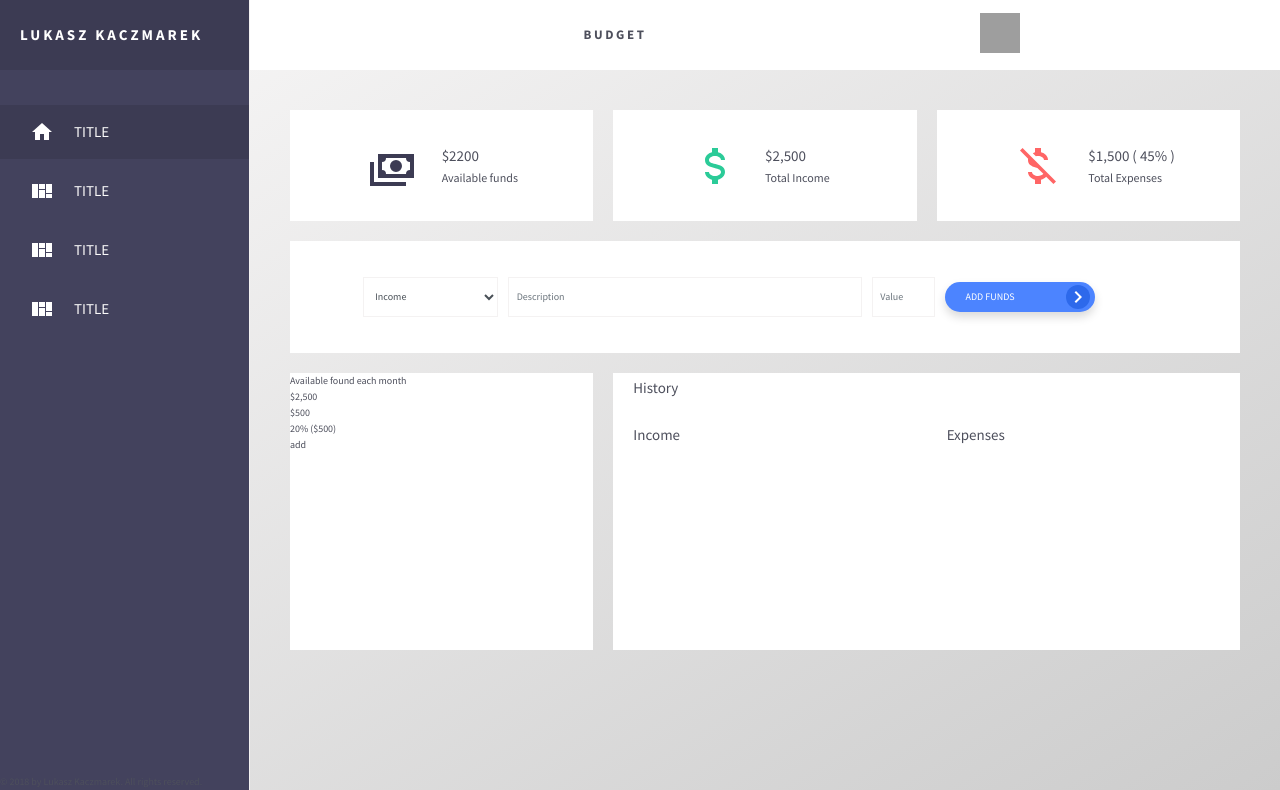
Repository: Archezi/BudgetApplication
Page: index.html
An editor plug-in stored every save of this project. The page is shown before and after the next save, followed by the edit.
The browser window is 1280 px wide. The pictures show the whole page.
Pictures or frames that could not be fetched are drawn as grey boxes. The style sheet was rebuilt from its Sass, Less or Tailwind sources for each picture, by a compiler version that may differ from the author's.

Above is the page before, as saved 2018-08-31 10:12:27.

### index.html
<!DOCTYPE html>
<html lang="en">
<head>
    <meta charset="UTF-8">
    <meta name="viewport" content="width=device-width, initial-scale=1.0">
    <meta http-equiv="X-UA-Compatible" content="ie=edge">
    <link href="https://fonts.googleapis.com/css?family=Source+Sans+Pro:300,400,700" rel="stylesheet">
    <!--Import Google Icon Font-->
    <link href="https://fonts.googleapis.com/icon?family=Material+Icons" rel="stylesheet">
    <!--Import materialize.css-->
    <link type="text/css" rel="stylesheet" href="css/bootstrap.min.css"  media="screen,projection"/>
    <!-- Website style.css-->
    <link rel="stylesheet" href="css/style.comp.css">

    <title>Budget Application</title>

</head>
<body>
   <div class="web__container">
        <header class="header">
            <div class="logo">
                <h1>Lukasz Kaczmarek</h1>
            </div>
            <div class="page_title">
                <h2>Budget</h2>
            </div>
            <div class="user-nav">
                <div class="user-nav__icon"></div>
                <div class="user-nav__profile">
                    <img src="https://source.unsplash.com/random/40x40" alt="">
                </div>
            </div>
        </header>

        <div class="content">
            <nav class="sidebar">
                <ul class="side-nav">
                    <li class="side-nav__item side-nav__item--active">
                        <a href="#" class="side-nav__link">
                                <svg class="side-nav__icon" style="width:24px;height:24px" viewBox="0 0 24 24">
                                    <path fill="#fff" d="M10,20V14H14V20H19V12H22L12,3L2,12H5V20H10Z" />
                                </svg>
                            <span>Title</span>
                        </a>
                    </li>
                    <li class="side-nav__item ">
                        <a href="#" class="side-nav__link">
                            <svg class="side-nav__icon" style="width:24px;height:24px" viewBox="0 0 24 24">
                                <path fill="#000000" d="M2,5V19H8V5H2M9,5V10H15V5H9M16,5V14H22V5H16M9,11V19H15V11H9M16,15V19H22V15H16Z" />
                            </svg>
                            <span>Title</span>
                        </a>
                    </li>
                    <li class="side-nav__item ">
                        <a href="#" class="side-nav__link">
                            <svg class="side-nav__icon" style="width:24px;height:24px" viewBox="0 0 24 24">
                                <path fill="#000000" d="M2,5V19H8V5H2M9,5V10H15V5H9M16,5V14H22V5H16M9,11V19H15V11H9M16,15V19H22V15H16Z" />
                            </svg>
                            <span>Title</span>
                        </a>
                    </li>
                    <li class="side-nav__item ">
                        <a href="#" class="side-nav__link">
                            <svg class="side-nav__icon" style="width:24px;height:24px" viewBox="0 0 24 24">
                                <path fill="#000000" d="M2,5V19H8V5H2M9,5V10H15V5H9M16,5V14H22V5H16M9,11V19H15V11H9M16,15V19H22V15H16Z" />
                            </svg>
                            <span>Title</span>
                        </a>
                    </li>
                </ul>

                <div class="legal">
                    &copy; 2018 by Lukasz Kaczmarek. All rights reserved.
                </div>
            </nav>

            <div class="main">

                <div class="overview">
                    <div class="total__available-funds">
                        <svg style="width:48px;height:48px" viewBox="0 0 24 24">
                            <path fill="#000000" d="M5,6H23V18H5V6M14,9A3,3 0 0,1 17,12A3,3 0 0,1 14,15A3,3 0 0,1 11,12A3,3 0 0,1 14,9M9,8A2,2 0 0,1 7,10V14A2,2 0 0,1 9,16H19A2,2 0 0,1 21,14V10A2,2 0 0,1 19,8H9M1,10H3V20H19V22H1V10Z" />
                        </svg>
                        <div class="total-funds">$2200</div>
                        <div class="total-funds-description">Available funds</div>
                    </div>
                    <div class="total__income">
                        <svg style="width:48px;height:48px" viewBox="0 0 24 24">
                            <path fill="#000000" d="M7,15H9C9,16.08 10.37,17 12,17C13.63,17 15,16.08 15,15C15,13.9 13.96,13.5 11.76,12.97C9.64,12.44 7,11.78 7,9C7,7.21 8.47,5.69 10.5,5.18V3H13.5V5.18C15.53,5.69 17,7.21 17,9H15C15,7.92 13.63,7 12,7C10.37,7 9,7.92 9,9C9,10.1 10.04,10.5 12.24,11.03C14.36,11.56 17,12.22 17,15C17,16.79 15.53,18.31 13.5,18.82V21H10.5V18.82C8.47,18.31 7,16.79 7,15Z" />
                        </svg>
                        <div class="total__income-funds">$2,500</div>
                        <div class="total__income-description">Total Income</div>

                    </div>
                    <div class="total__expenses">
                        <svg style="width:48px;height:48px" viewBox="0 0 24 24">
                            <path fill="#000000" d="M3,4.27L4.28,3L21,19.72L19.73,21L16.06,17.33C15.44,18 14.54,18.55 13.5,18.82V21H10.5V18.82C8.47,18.31 7,16.79 7,15H9C9,16.08 10.37,17 12,17C13.13,17 14.14,16.56 14.65,15.92L11.68,12.95C9.58,12.42 7,11.75 7,9C7,8.77 7,8.55 7.07,8.34L3,4.27M10.5,5.18V3H13.5V5.18C15.53,5.69 17,7.21 17,9H15C15,7.92 13.63,7 12,7C11.63,7 11.28,7.05 10.95,7.13L9.4,5.58L10.5,5.18Z" />
                        </svg>
                        <div class="total__expenses-funds">$1,500 <span class="total__expenses-percentage">( 45% )</span></div>
                        <div class="total__expenses-description">Total Expenses</div>


                    </div>
                </div>
                <div class="input__section-wrapper">
                    <div class="input__section">
                        <select  class="form-control input__type ">
                            <!-- <option value="" >Choose type</option> -->
                            <option class="input__option" value="inc">Income</option>
                            <option class="input__option" value="exp">Expense</option>
                        </select>
                        <input placeholder="Description" class="form-control input__description" type="text">
                        <input placeholder="Value" class="form-control input__value" type="text">
                        <button class="shadow btn input__btn add__btn">Add Funds
                                <svg style="width:24px;height:24px" viewBox="0 0 24 24">
                                    <path fill="#000000" d="M8.59,16.58L13.17,12L8.59,7.41L10,6L16,12L10,18L8.59,16.58Z" />
                                </svg>
                        </button>
                    </div>
                </div>




                <div class="budget">
                    <div class="available-funds-panel">
                        <div class="available-funds__title">Available found each month</div>
                        <div class="available-found__value">$2,500</div>
                        <div class="available-found__deposit">$500</div>
                        <div class="available-found__deposit--percentage">20% ($500)</div>
                        <div class="available-found__btn add__btn">
                            <i></i>add
                        </div>
                    </div>

                    <div class="history-panel">
                        <div class="history-panel--title">History</div>
                        <div class="history__income-container">
                            <div class="history__income-title">Income</div>

                            <!--

                            <div class="list-item" id="income-0">
                                <div class="item__description">Salary</div>
                                <div class="right">
                                    <div class="item__value">2,100</div>
                                    <div class="item__delete">
                                        <button type="button" class="item__delete--btn  ">
                                                <svg style="width:12px;height:12px" viewBox="0 0 24 24">
                                                    <path fill="#000000" d="M12,2C17.53,2 22,6.47 22,12C22,17.53 17.53,22 12,22C6.47,22 2,17.53 2,12C2,6.47 6.47,2 12,2M15.59,7L12,10.59L8.41,7L7,8.41L10.59,12L7,15.59L8.41,17L12,13.41L15.59,17L17,15.59L13.41,12L17,8.41L15.59,7Z" />
                                                </svg>
                                        </button>
                                    </div>
                                </div>
                            </div>

                            -->
                        </div>


                        <div class="history__expense-container">
                            <div class="history__expense-title">Expenses</div>

                            <!--

                            <div class="list-item" id="expense-0">
                                <div class="item__description">Salary</div>
                                <div class="right">
                                    <div class="item__value">2,100</div>
                                    <div class="item__delete">
                                        <button type="button" class="item__delete--btn  ">
                                                <svg style="width:12px;height:12px" viewBox="0 0 24 24">
                                                    <path fill="#000000" d="M12,2C17.53,2 22,6.47 22,12C22,17.53 17.53,22 12,22C6.47,22 2,17.53 2,12C2,6.47 6.47,2 12,2M15.59,7L12,10.59L8.41,7L7,8.41L10.59,12L7,15.59L8.41,17L12,13.41L15.59,17L17,15.59L13.41,12L17,8.41L15.59,7Z" />
                                                </svg>
                                        </button>
                                    </div>
                                </div>
                            </div>

                            -->

                        </div>

                    </div>

                </div>
                <!-- <div class="statistics">
                    <div class="net-profit-panel"></div>
                    <div class="tax-panel"></div>
                    <div class="savings-panel"></div>
                    <div class="projections"></div>

                </div>
                <div class="statistics">
                    <div class="net-profit-panel"></div>
                    <div class="tax-panel"></div>
                    <div class="savings-panel"></div>
                    <div class="projections"></div>

                </div> -->



            </div>


        </div>




   </div>

   <!-- Compiled and minified JavaScript -->
   <script src="js/jquery.min.js"></script>
   <script src="js/bootstrap.js"></script>
   <!-- <script src="https://cdnjs.cloudflare.com/ajax/libs/materialize/1.0.0-rc.2/js/materialize.min.js"></script> -->
   <script src="js/myscript.js"></script>
</body>
</html>

### sass/main.scss
@import "base/reset";
@import "base/base";
@import "base/typography";

@import "abstracts/variables";
@import "components/mainComponent";
@import "components/layout";

### sass/base/_base.scss
:root {
    --color-primary: #eb2f64;
    --color-primary-light: #FF3366;
    --color-primary-dark: #BA265D;

    --color-background-dark: #3C3B53;
    --color-background-light: #43425D;
    --color-grey-light-0: rgba(250, 249, 249, 0.5);
    --color-grey-light-1: #faf9f9;
    --color-grey-light-2: #f4f2f2;
    --color-grey-light-3: #f0eeee;
    --color-grey-light-4: #ccc;

    --color-grey-dark-1: #333;
    --color-grey-dark-2: #4D4F5C;
    --color-grey-dark-3: #999;
    --color-white: #fff;
    --shadow-dark: 0 2rem 6rem rgba(0,0,0,.3);
    --shadow-light: 0 2rem 5rem rgba(0,0,0,.06);


    --button-primary-blue: #4c84ff;
    --button-primary-blue-darker: #2d69eb;
    --button-secondary-green: #2bcb98;
    --button-secondary-red: #FF6565;

    --line: 1px solid var(--color-grey-light-2);
}

$bp-largest: 75em;     // 1200px
$bp-large: 68.75em;    // 1100px
$bp-medium: 56.25em;   // 900px
$bp-small: 37.5em;     // 600px
$bp-smallest: 31.25em; // 500px

* {
    margin: 0;
    padding: 0;
}

*,
*::before,
*::after {
    box-sizing: inherit;
}

html {
    box-sizing: border-box;
    font-size: 62.5%; // 1rem = 10px, 10px/16px = 62.5%

    @media only screen and (max-width: $bp-large) {
        font-size: 50%;
    }
}

body {


    color: var(--color-grey-dark-2);
    background-image: linear-gradient(to right bottom, var(--color-grey-light-1), var(--color-grey-light-4));
    background-size: cover;
    background-repeat: no-repeat;

    min-height: 100vh;
}

### sass/base/_typography.scss
body {

    font-weight: 400;
    line-height: 1.6;
    font-family: 'Source Sans Pro', sans-serif;
    text-rendering: optimizeLegibility;
    -webkit-font-smoothing: antialiased;

}

### sass/abstracts/_variables.scss
$header-height: 7rem;
$sidebar-width: 25rem;
$main: calc(4rem + $header-height );
$fraction: 1fr;

### sass/components/_layout.scss
.web__container {
    max-width: 100% !important;
    min-height: 100vh;
    margin: 0 auto;

}

.header {
    height: $header-height;
    background: var(--color-white);
    position: fixed;
    top: 0;
    width: 100%;
    display: flex;
    justify-content: space-between;
    align-items: center;
    z-index: 1000;
}
.content {

}

///////////////////////////////////////
// SIDEBAR

.sidebar {
    border-right: var(--line);
    background-color: var(--color-background-light);
    position: fixed;
    left: 0;
    top: 0;
    width: 25rem;
    margin-top: $header-height;
    // width: 25rem;
    display: flex;
    flex-direction: column;
    justify-content: space-between;
    min-height: calc(100vh );
    z-index: 999;
}

//////////////////////////////////////////
// MAIN
.main {
    margin-top: $header-height;
    padding: 4rem 4rem 7rem 29rem;
    width: 100%;
    min-height: calc(100vh - 7rem);
    display: grid;
    grid-gap: 2rem;
    grid-auto-rows: minmax(5rem, auto);



    ////////////////////////////////////////
    // OVERVIEW
    .overview {
        display: grid;
        grid-gap: 2rem;
        grid-template-columns: repeat(3, 1fr);

        & > * {
            background: var(--color-white);
        }

        .total {
            &__available-funds {
                display: grid;
                grid-template-columns: 10rem 10rem;
                grid-auto-rows: auto;
                align-items: center;
                justify-content: center;
                svg {
                    justify-self: center;
                    grid-row: span 2;
                    path {
                        fill: var(--color-background-dark);
                    }
                }
            }
            &-funds {
                font-size: 1.5rem;
                font-weight: 400;
                align-self: end;
            }
            &-funds-description {
                font-size: 1.2rem;
                font-weight: 400;
                align-self: start;
            }

            &__income {

                display: grid;
                grid-template-columns: 10rem 10rem;
                grid-auto-rows: auto;
                align-items: center;
                justify-content: center;

                svg {
                    justify-self: center;
                    grid-row: span 2;
                    path {
                        fill: var(--button-secondary-green);
                    }
                }
                &-funds {
                    font-size: 1.5rem;
                    font-weight: 400;
                    align-self: end;
                }
                &-description {
                    font-size: 1.2rem;
                    font-weight: 400;
                    align-self: start;
                }
            }
            &__expenses {
                display: grid;
                grid-template-columns: 10rem 10rem;
                grid-auto-rows: auto;
                align-items: center;
                justify-content: center;

                svg {
                    justify-self: center;
                    grid-row: span 2;
                    path {
                        fill: var(--button-secondary-red);
                    }


                }
                &-funds {
                    font-size: 1.5rem;
                    font-weight: 400;
                    align-self: end;
                }
                &-description {
                    font-size: 1.2rem;
                    font-weight: 400;
                    align-self: start;
                }
            }
        }


    }

    ////////////////////////////////////////
    // INPUT BAR
    .input {
        &__section-wrapper {
            display: grid;

            background: var(--color-white);
            align-content: center;
            justify-content: center;

        }
        &__section {
            display: grid;
            grid-gap: 1rem;
            grid-template-columns: repeat(12, 1fr);
            align-items: center;

            .form-control {
                height: 4rem;
                border-radius: 0;
                border-color: var(--color-grey-light-2);
            }
        }
        &__type {
            grid-column: 2 / span 2;
        }
        &__description {
            grid-column: 4 / span 5;
        }
        &__value {
            grid-column: 9 / span 1;
        }
        &__btn {
            grid-column: 10 / span 1;

        }

    }
    ////////////////////////////////////////
    // BUDGET
    .budget {
        display: grid;
        grid-gap: 2rem;
        grid-template-columns: repeat(3, 1fr);
        grid-template-rows: minmax(1fr, auto);
        & > * {
            background: var(--color-white);
        }



        }

    }
    ////////////////////////////////////////
    // BUDGET LEFT
    // Available Funds
    .available-funds-panel {
        grid-row: span 3;
    }
    ////////////////////////////////////////
    // BUDGET RIGHT
    // History panel
    .history-panel {

        grid-column: 2 / span 2;
        grid-row: 1/ span 3;
        display: grid;
        grid-template-columns: 1fr 1fr;
        grid-template-rows: 1fr 8fr;
        &--title {
            grid-column: span 2;
            align-self: center;
            padding:0 2rem;
        }
        .history__income-container,
        .history__expense-container {
            padding: 2rem;
        }
    }
    .history__expense-title,
    .history__income-title {
        margin: 0 0 1rem;

    }
    .list-item {

        .item__description {
            grid-column: span 3;
        }
        .right {
            justify-self: end;
            align-self: center;
            display: grid;
            grid-column: span 1;
            grid-auto-flow: column;
        }
    }







//////////////////////////////////////////////@at-root
// Footer
.footer {
    position: absolute;
    bottom: 0;
    background: var(--color-white);
    z-index: 1;
    height: $header-height;
    width: calc(100%);
    z-index: 100;
}

Loaded but not shown: css/bootstrap.min.css (library); js/jquery.min.js (library); js/bootstrap.js (library); sass/base/_reset.scss (common file); js/myscript.js (263 lines, source omitted); sass/components/_mainComponent.scss (262 lines, source omitted)

After the next save:
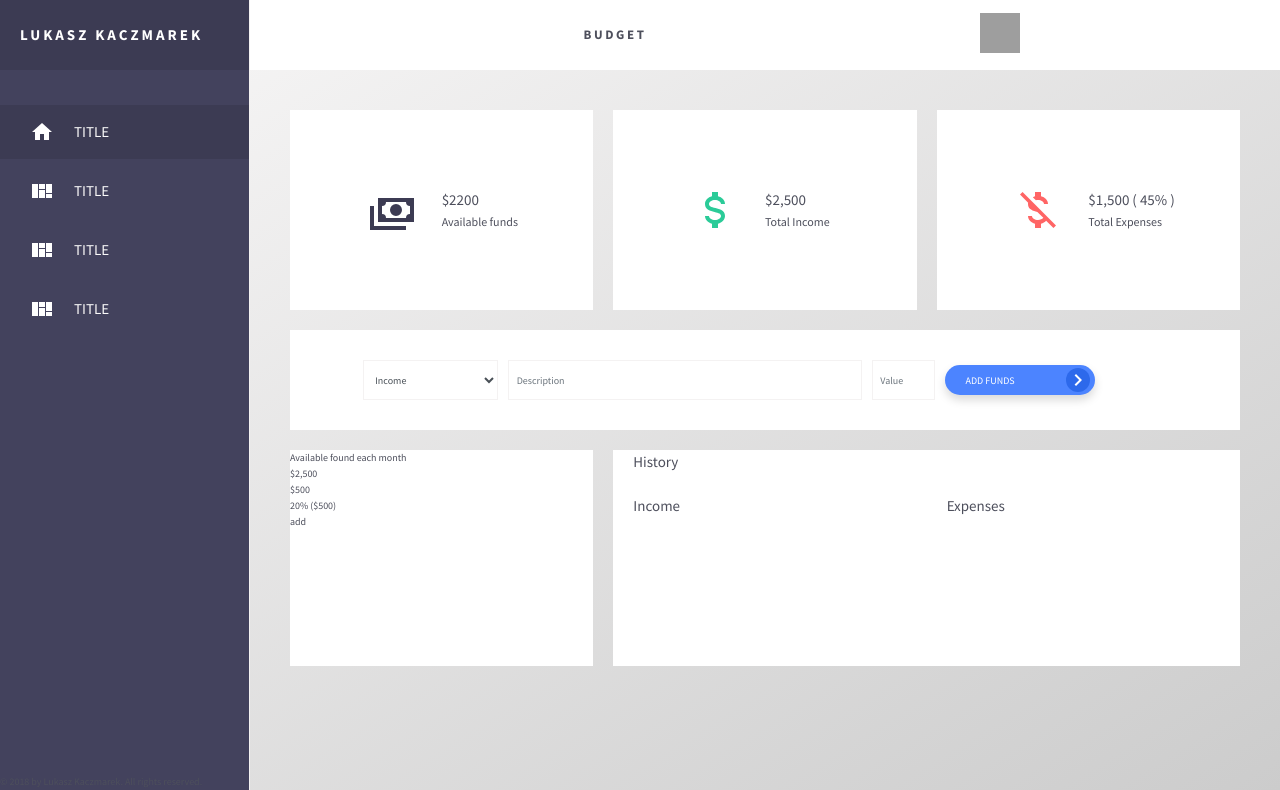
Saved 3 min 19 s later.
--- a/sass/components/_layout.scss
+++ b/sass/components/_layout.scss
@@ -48,7 +48,7 @@
     min-height: calc(100vh - 7rem);
     display: grid;
     grid-gap: 2rem;
-    grid-auto-rows: minmax(5rem, auto);
+    grid-auto-rows: 20rem 10rem auto;
 
 
 
